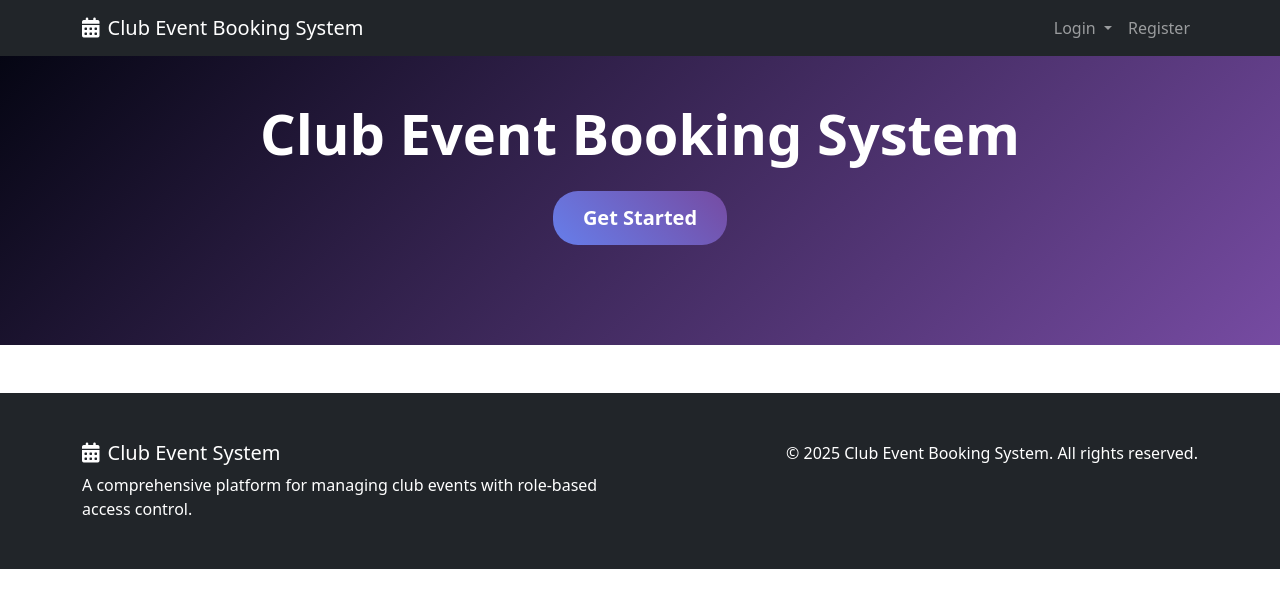
Repository: vipinsamy-sys/clubevent
Page: public/index.html
These files come from the project's save history. The page is drawn as it stood at one moment and after the next save; the edit follows.
The browser window is 1280 px wide. The pictures show the whole page.

Above is the page before, as saved 2025-10-20 14:25:55.

### public/index.html
<!DOCTYPE html>
<html lang="en">
<head>
    <meta charset="UTF-8">
    <meta name="viewport" content="width=device-width, initial-scale=1.0">
    <title>Club Event Booking System</title>
    <link href="https://cdn.jsdelivr.net/npm/bootstrap@5.3.3/dist/css/bootstrap.min.css" rel="stylesheet">
    <link rel="stylesheet" href="https://cdnjs.cloudflare.com/ajax/libs/font-awesome/6.5.0/css/all.min.css">
    <style>
        .main-section {
            background: linear-gradient(135deg, #01030e 0%, #764ba2 100%);
            color: white;
            padding: 100px 0;
            text-align: center;
        }
        .btn-custom {
            background: linear-gradient(45deg, #667eea, #764ba2);
            border: none;
            border-radius: 25px;
            padding: 12px 30px;
            color: white;
            font-weight: 600;
            transition: all 0.3s ease;
        }
        .btn-custom:hover {
            transform: translateY(-2px);
            box-shadow: 0 5px 15px rgba(0, 0, 0, 0.2);
            color: white;
        }

        /* Popup custom styling */
        .custom-modal {
            background: linear-gradient(135deg, #667eea, #764ba2);
            color: white;
            border-radius: 15px;
            box-shadow: 0 8px 25px rgba(0,0,0,0.3);
        }
        .custom-modal .btn-primary {
            background-color: #ff6b6b; /* Register button */
            border: none;
        }
        .custom-modal .btn-primary:hover {
            background-color: #ff4b4b;
        }
        .custom-modal .btn-secondary {
            background-color: #4caf50; /* Login button */
            border: none;
        }
        .custom-modal .btn-secondary:hover {
            background-color: #3e8e41;
        }
    </style>
</head>
<body>
    <!-- Navigation -->
    <nav class="navbar navbar-expand-lg navbar-dark bg-dark fixed-top">
        <div class="container">
            <a class="navbar-brand" href="#"><i class="fas fa-calendar-alt me-2"></i>Club Event Booking System</a>
            <button class="navbar-toggler" type="button" data-bs-toggle="collapse" data-bs-target="#navbarNav">
                <span class="navbar-toggler-icon"></span>
            </button>
            <div class="collapse navbar-collapse" id="navbarNav">
                <ul class="navbar-nav ms-auto">
                    <li class="nav-item dropdown">
                        <a class="nav-link dropdown-toggle" href="#" id="loginDropdown" role="button" data-bs-toggle="dropdown">
                            Login
                        </a>
                        <ul class="dropdown-menu">
                            <li><a class="dropdown-item" href="student-login.html"><i class="fas fa-user-graduate me-2"></i>Student Login</a></li>
                            <li><a class="dropdown-item" href="admin-login.html"><i class="fas fa-user-shield me-2"></i>Admin Login</a></li>
                            <li><a class="dropdown-item" href="faculty-login.html"><i class="fas fa-chalkboard-teacher me-2"></i>Faculty Login</a></li>
                        </ul>
                    </li>
                    <li class="nav-item">
                        <a class="nav-link" href="register.html">Register</a>
                    </li>
                </ul>
            </div>
        </div>
    </nav>

    <!-- Main Section -->
    <section class="main-section">
        <div class="container">
            <h1 class="display-4 fw-bold mb-4">Club Event Booking System</h1>
            <!-- Get Started Button triggers modal -->
            <button type="button" class="btn btn-custom btn-lg" data-bs-toggle="modal" data-bs-target="#getStartedModal">
                Get Started
            </button>
        </div>
    </section>

    <!-- Get Started Modal -->
    <div class="modal fade" id="getStartedModal" tabindex="-1" aria-labelledby="getStartedModalLabel" aria-hidden="true">
        <div class="modal-dialog modal-dialog-centered">
            <div class="modal-content custom-modal p-4">
                <div class="modal-header border-0">
                    <h5 class="modal-title" id="getStartedModalLabel">Welcome!</h5>
                    <button type="button" class="btn-close btn-close-white" data-bs-dismiss="modal" aria-label="Close"></button>
                </div>
                <div class="modal-body text-center">
                    <p class="mb-3">Select your role to login:</p>
                    <div class="d-flex justify-content-center gap-3 mb-3">
                        <a href="student-login.html" class="btn btn-secondary">Student</a>
                        <a href="admin-login.html" class="btn btn-secondary">Admin</a>
                        <a href="faculty-login.html" class="btn btn-secondary">Faculty</a>
                    </div>
                    <hr class="border-light">
                    <p class="mb-2">Or register if you are new:</p>
                    <a href="register.html" class="btn btn-primary">Register</a>
                </div>
            </div>
        </div>
    </div>

    <!-- Footer -->
    <footer class="bg-dark text-white py-5 mt-5">
        <div class="container">
            <div class="row">
                <div class="col-lg-6">
                    <h5><i class="fas fa-calendar-alt me-2"></i>Club Event System</h5>
                    <p class="mb-0">A comprehensive platform for managing club events with role-based access control.</p>
                </div>
                <div class="col-lg-6 text-lg-end">
                    <p class="mb-0">&copy; 2025 Club Event Booking System. All rights reserved.</p>
                </div>
            </div>
        </div>
    </footer>

    <script src="https://cdn.jsdelivr.net/npm/bootstrap@5.3.3/dist/js/bootstrap.bundle.min.js"></script>
</body>
</html>

After the next save:
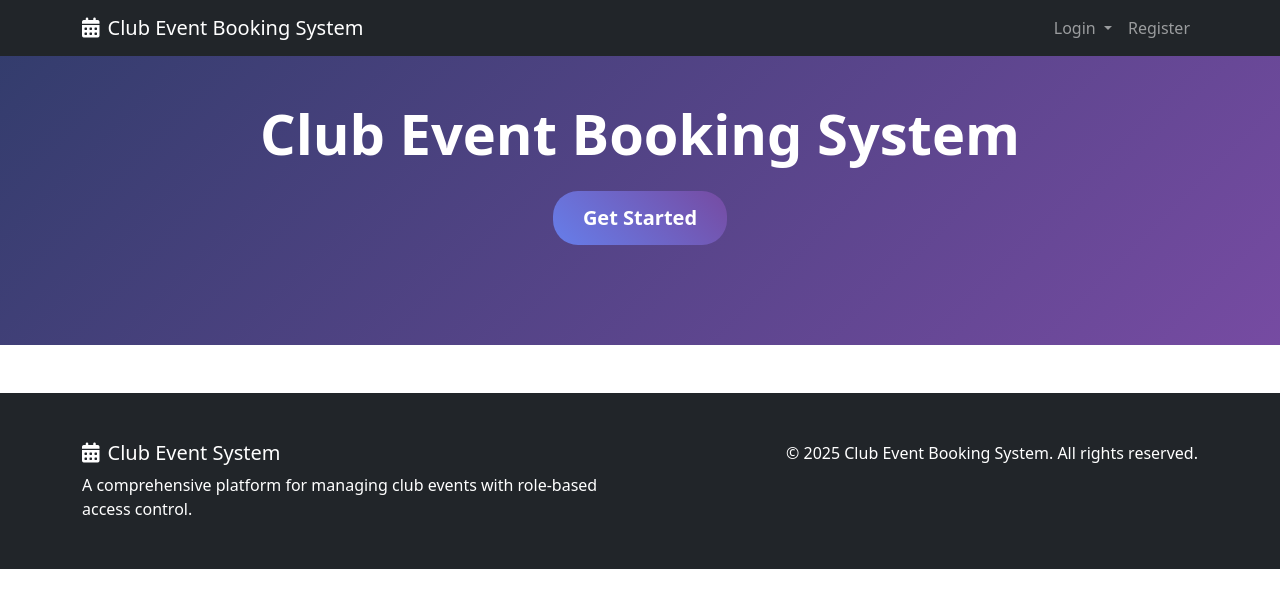
Saved 21 s later.
--- a/public/index.html
+++ b/public/index.html
@@ -8,7 +8,7 @@
     <link rel="stylesheet" href="https://cdnjs.cloudflare.com/ajax/libs/font-awesome/6.5.0/css/all.min.css">
     <style>
         .main-section {
-            background: linear-gradient(135deg, #01030e 0%, #764ba2 100%);
+            background: linear-gradient(135deg, #313c6b 0%, #764ba2 100%);
             color: white;
             padding: 100px 0;
             text-align: center;
